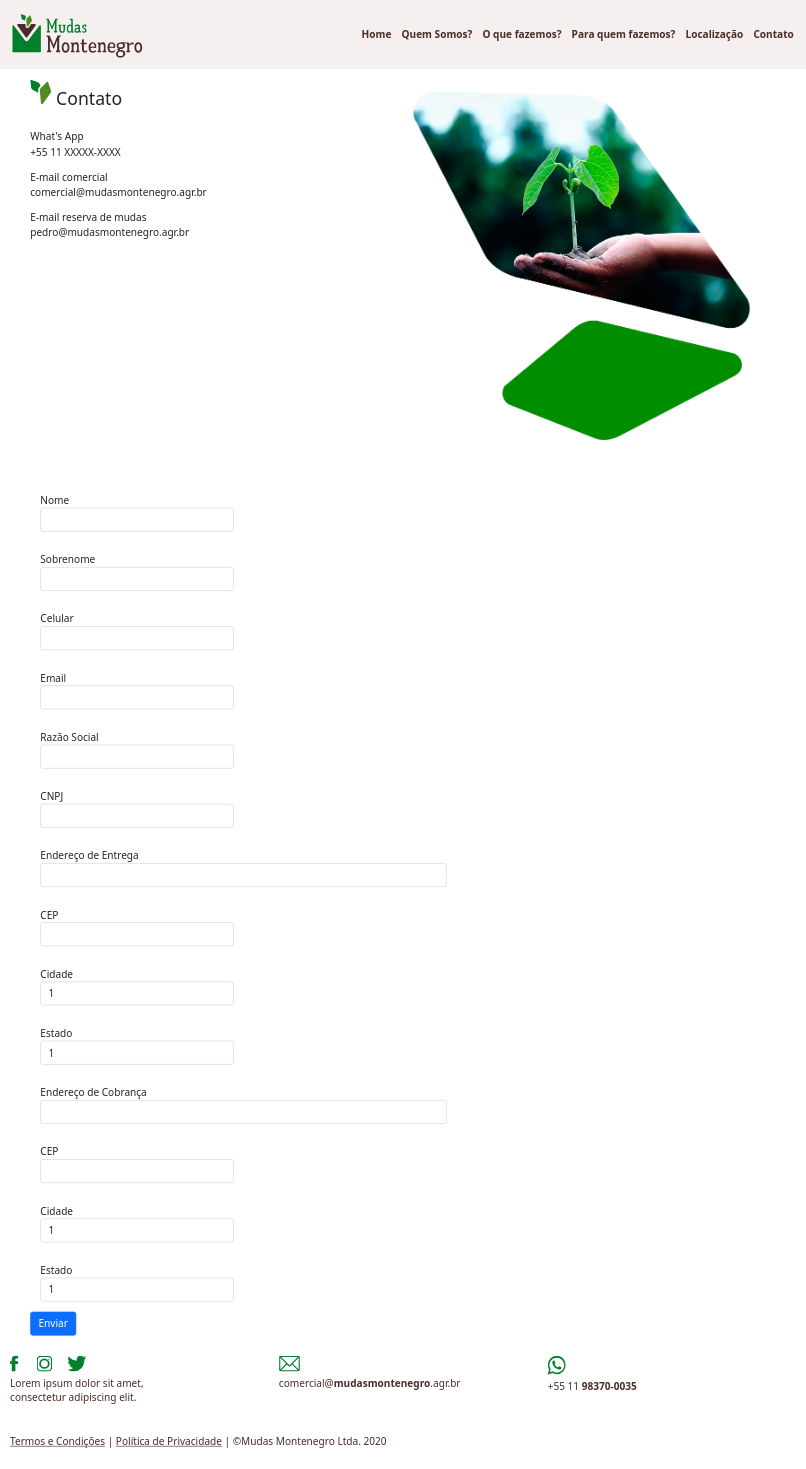
Repository: MaKnok/mudas-montenegro
Page: contato.html
The author's editor kept a copy of each file at every save. The page is drawn from the files as they stood at one save, then again after the next save.
The browser window is 1280 px wide. The pictures show the whole page, at 63% of full size.
Some web libraries are served in a nearby version.

Above is the page before, as saved 2021-06-18 17:43:32.

After the next save:
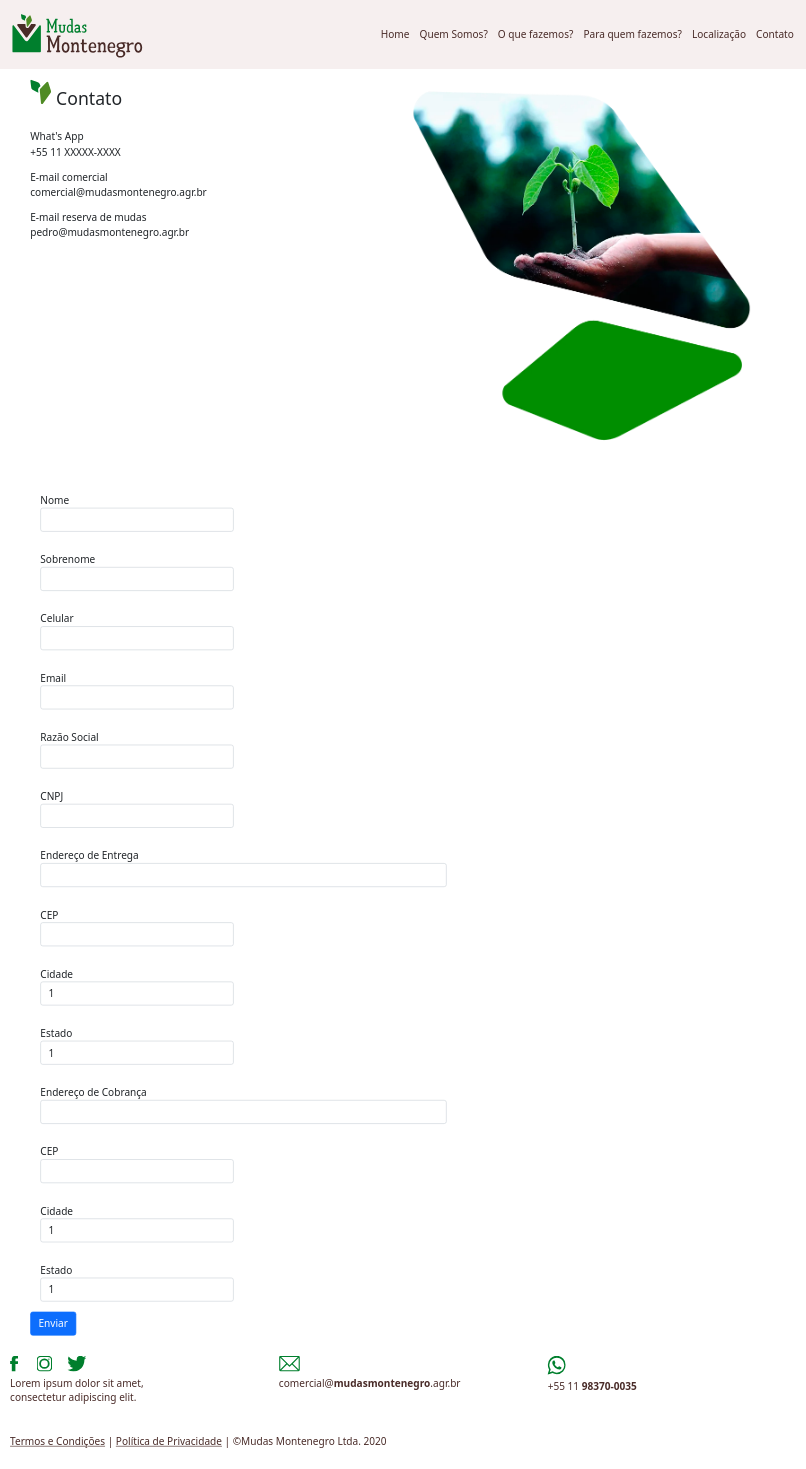
Saved 97 min 29 s later.
--- a/style.css
+++ b/style.css
@@ -156,8 +156,7 @@ html {
   color: #492b28;
 }
 
-.navbar-light .navbar-nav .nav-link {
-  color: #492b28;
+.navbar-light > .navbar-nav > .nav-link :hover {
   font-weight: 600;
 }
 
